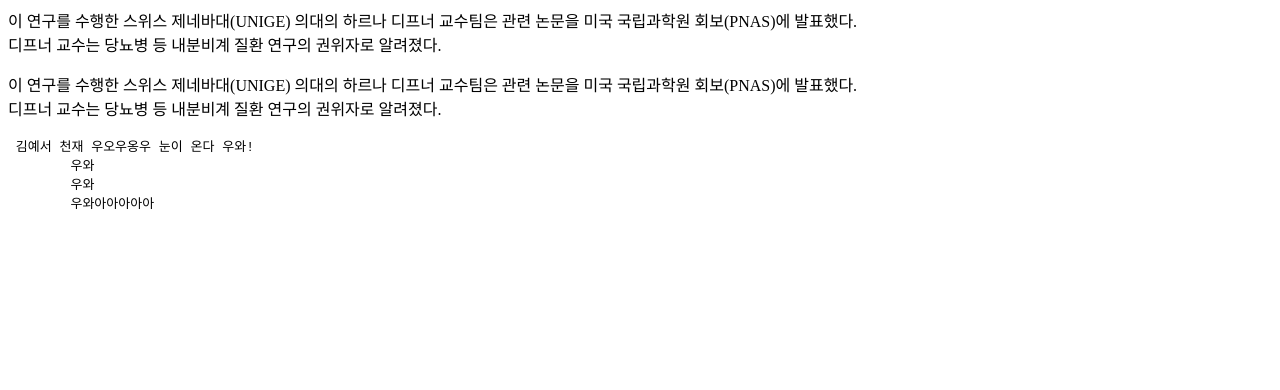
Repository: Rummikub/DBStudy
Page: HTMLProject2/WebContent/HTML/EXAM2.html
An editor plug-in stored every save of this project. The page is shown before and after the next save, followed by the edit.
The browser window is 1280 px wide. The pictures show the whole page.

Above is the page before, as saved 2020-02-04 06:37:13.

### HTMLProject2/WebContent/HTML/EXAM2.html
<!DOCTYPE html PUBLIC "-//W3C//DTD HTML 4.01 Transitional//EN" "http://www.w3.org/TR/html4/loose.dtd">
<!--
	p, br, pre
	=> HTML 한줄 문자열
 -->
<html>
<head>
<meta http-equiv="Content-Type" content="text/html; charset=UTF-8">
<title>Insert title here</title>
</head>
<body>
    이 연구를 수행한 스위스 제네바대(UNIGE) 의대의 하르나 디프너 교수팀은 관련 논문을 미국 국립과학원 회보(PNAS)에 발표했다. <br>
    디프너 교수는 당뇨병 등 내분비계 질환 연구의 권위자로 알려졌다.
    <p> 이 연구를 수행한 스위스 제네바대(UNIGE) 의대의 하르나 디프너 교수팀은 관련 논문을 미국 국립과학원 회보(PNAS)에 발표했다.<br>
    디프너 교수는 당뇨병 등 내분비계 질환 연구의 권위자로 알려졌다.

  <pre> 김예서 천재 우오우옹우 눈이 온다 우와!
  	우와
  	우와
  	우와아아아아아
  </pre>
</body>
</html>

After the next save:
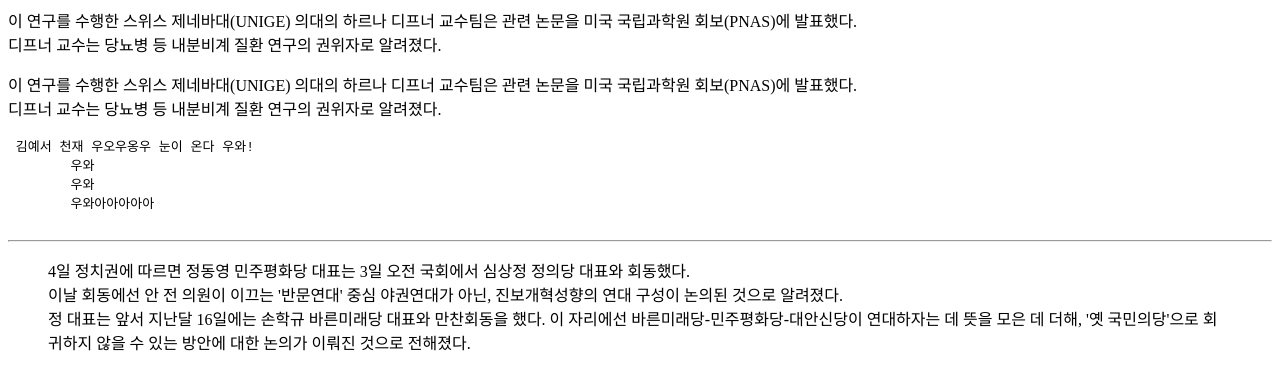
Saved 2 min 37 s later.
--- a/HTMLProject2/WebContent/HTML/EXAM2.html
+++ b/HTMLProject2/WebContent/HTML/EXAM2.html
@@ -1,6 +1,6 @@
 <!DOCTYPE html PUBLIC "-//W3C//DTD HTML 4.01 Transitional//EN" "http://www.w3.org/TR/html4/loose.dtd">
 <!--
-	p, br, pre
+	p, br, pre, hr
 	=> HTML 한줄 문자열
  -->
 <html>
@@ -19,5 +19,10 @@
   	우와
   	우와아아아아아
   </pre>
+  <hr>
+  <blockquote>4일 정치권에 따르면 정동영 민주평화당 대표는 3일 오전 국회에서 심상정 정의당 대표와 회동했다. <br>
+  이날 회동에선 안 전 의원이 이끄는 '반문연대' 중심 야권연대가 아닌, 진보개혁성향의 연대 구성이 논의된 것으로 알려졌다. <br>
+  정 대표는 앞서 지난달 16일에는 손학규 바른미래당 대표와 만찬회동을 했다. 이 자리에선 바른미래당-민주평화당-대안신당이 연대하자는 데 뜻을 모은 데 더해, '옛 국민의당'으로 회귀하지 않을 수 있는 방안에 대한 논의가 이뤄진 것으로 전해졌다.
+  </blockquote>
 </body>
 </html>
